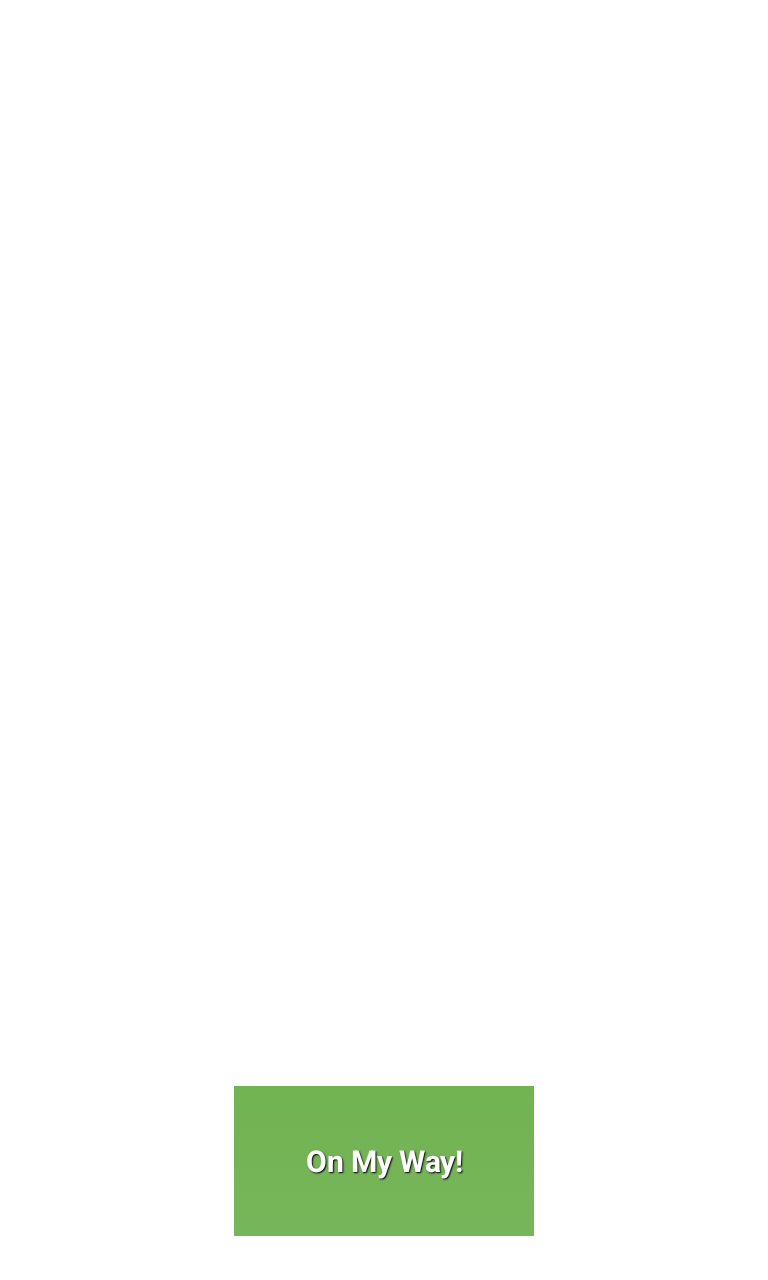
Repository: kenzshi/ViaSatHackathon
Layout: OnMyWay/res/layout/activity_main.xml
An editor plug-in stored every save of this project. The layout is shown before and after the next save, followed by the edit.
It is drawn on a 768 x 1280 px phone screen (xhdpi) without system bars, with theme AppTheme; the app's code is not run.

Above is the layout before, as saved 2013-07-25 01:53:40.

### OnMyWay/res/layout/activity_main.xml
<RelativeLayout xmlns:android="http://schemas.android.com/apk/res/android"
    xmlns:tools="http://schemas.android.com/tools"
    android:layout_width="match_parent"
    android:layout_height="match_parent"
    android:orientation="horizontal" >

    <Button
        style="@style/btn"
        android:layout_width="150dp"
        android:layout_height="75dp"
        android:layout_alignParentBottom="true"
        android:layout_centerHorizontal="true"
        android:layout_marginBottom="22dp"
        android:onClick="sendMessage"
        android:text="@string/button_send" />

</RelativeLayout>

### OnMyWay/res/values/styles.xml
<resources>

    <!--
        Base application theme, dependent on API level. This theme is replaced
        by AppBaseTheme from res/values-vXX/styles.xml on newer devices.
    -->
    <style name="AppBaseTheme" parent="android:Theme.Light">
        <!--
            Theme customizations available in newer API levels can go in
            res/values-vXX/styles.xml, while customizations related to
            backward-compatibility can go here.
        -->
    </style>

    <!-- Application theme. -->
    <style name="AppTheme" parent="AppBaseTheme">
        <!-- All customizations that are NOT specific to a particular API-level can go here. -->
    </style>

    <style name="styleName" parent="android:Widget.Holo.Light.Button">
        <item name="android:layout_marginBottom">20dp</item>
    </style>

    <style name="btn" parent="@android:style/Widget.Button">
       <item name="android:textSize">15sp</item>
       <item name="android:textStyle">bold</item>
       <item name="android:textColor">#FFFFFF</item>
       <item name="android:gravity">center</item>
       <item name="android:shadowColor">#000000</item>
       <item name="android:shadowDx">1</item>
       <item name="android:shadowDy">1</item>
       <item name="android:shadowRadius">0.6</item>
       <item name="android:background">@drawable/custom_button</item>
       <item name="android:padding">10dip</item>
   </style>
</resources>

### OnMyWay/res/values/strings.xml
<?xml version="1.0" encoding="utf-8"?>
<resources>

    <string name="app_name">On My Way</string>
    <string name="action_settings">Settings</string>
    <string name="hello_world">Hello world!</string>
    <string name="edit_message">Enter a message</string>
    <string name="button_send">On My Way!</string>
    <string name="title_activity_main">GPS Coordinates</string>
    <string name="title_activity_display_message">MainActivity</string>

</resources>

### OnMyWay/res/drawable-hdpi/custom_button.xml
<?xml version="1.0" encoding="utf-8"?>
<selector xmlns:android="http://schemas.android.com/apk/res/android" >
     <item android:state_pressed="true" >
         <shape android:shape="rectangle"  >
             <gradient  android:angle="-90"  android:startColor="#77b55a" android:endColor="#72b352"  />
         </shape>
     </item>
    <item android:state_focused="true">
         <shape android:shape="rectangle"  >
             <solid  android:color="#77b55a"/>
         </shape>
     </item>
    <item >
        <shape android:shape="rectangle">
             <gradient  android:angle="-90"  android:startColor="#72b352" android:endColor="#77b55a" />
         </shape>
     </item>
</selector>

### OnMyWay/res/drawable-ldpi/custom_button.xml
<?xml version="1.0" encoding="utf-8"?>
<selector xmlns:android="http://schemas.android.com/apk/res/android" >
     <item android:state_pressed="true" >
         <shape android:shape="rectangle"  >
             <gradient  android:angle="-90"  android:startColor="#77b55a" android:endColor="#72b352"  />
         </shape>
     </item>
    <item android:state_focused="true">
         <shape android:shape="rectangle"  >
             <solid  android:color="#77b55a"/>
         </shape>
     </item>
    <item >
        <shape android:shape="rectangle">
             <gradient  android:angle="-90"  android:startColor="#72b352" android:endColor="#77b55a" />
         </shape>
     </item>
</selector>

### OnMyWay/res/drawable-mdpi/custom_button.xml
<?xml version="1.0" encoding="utf-8"?>
<selector xmlns:android="http://schemas.android.com/apk/res/android" >
     <item android:state_pressed="true" >
         <shape android:shape="rectangle"  >
             <gradient  android:angle="-90"  android:startColor="#77b55a" android:endColor="#72b352"  />
         </shape>
     </item>
    <item android:state_focused="true">
         <shape android:shape="rectangle"  >
             <solid  android:color="#77b55a"/>
         </shape>
     </item>
    <item >
        <shape android:shape="rectangle">
             <gradient  android:angle="-90"  android:startColor="#72b352" android:endColor="#77b55a" />
         </shape>
     </item>
</selector>

### OnMyWay/res/drawable-xhdpi/custom_button.xml
<?xml version="1.0" encoding="utf-8"?>
<selector xmlns:android="http://schemas.android.com/apk/res/android" >
     <item android:state_pressed="true" >
         <shape android:shape="rectangle"  >
             <gradient  android:angle="-90"  android:startColor="#77b55a" android:endColor="#72b352"  />
         </shape>
     </item>
    <item android:state_focused="true">
         <shape android:shape="rectangle"  >
             <solid  android:color="#77b55a"/>
         </shape>
     </item>
    <item >
        <shape android:shape="rectangle">
             <gradient  android:angle="-90"  android:startColor="#72b352" android:endColor="#77b55a" />
         </shape>
     </item>
</selector>

### OnMyWay/res/drawable-xxhdpi/custom_button.xml
<?xml version="1.0" encoding="utf-8"?>
<selector xmlns:android="http://schemas.android.com/apk/res/android" >
     <item android:state_pressed="true" >
         <shape android:shape="rectangle"  >
             <gradient  android:angle="-90"  android:startColor="#77b55a" android:endColor="#72b352"  />
         </shape>
     </item>
    <item android:state_focused="true">
         <shape android:shape="rectangle"  >
             <solid  android:color="#77b55a"/>
         </shape>
     </item>
    <item >
        <shape android:shape="rectangle">
             <gradient  android:angle="-90"  android:startColor="#72b352" android:endColor="#77b55a" />
         </shape>
     </item>
</selector>

Loaded but not shown: OnMyWay/res/values-v11/styles.xml (common file); OnMyWay/res/values-v14/styles.xml (common file)

After the next save:
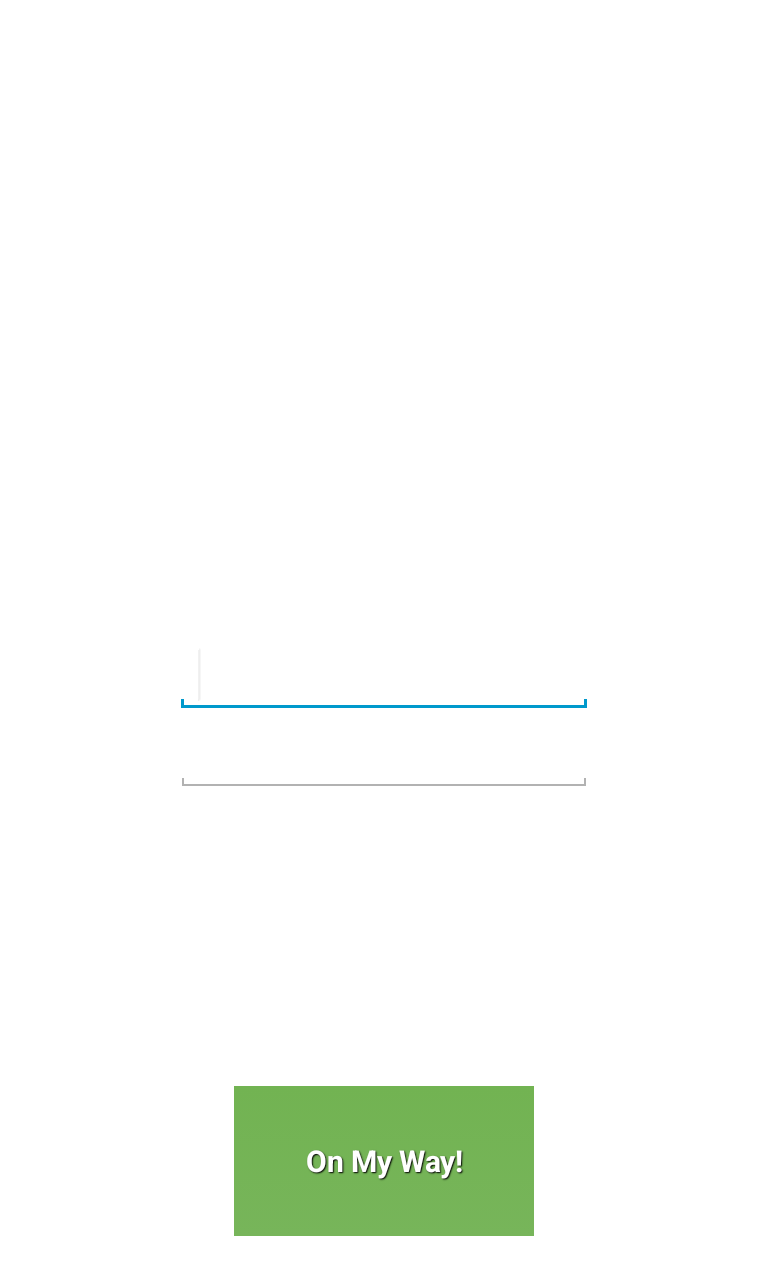
Saved 3 min 5 s later.
--- a/OnMyWay/res/layout/activity_main.xml
+++ b/OnMyWay/res/layout/activity_main.xml
@@ -5,6 +5,7 @@
     android:orientation="horizontal" >
 
     <Button
+        android:id="@+id/button1"
         style="@style/btn"
         android:layout_width="150dp"
         android:layout_height="75dp"
@@ -14,4 +15,26 @@
         android:onClick="sendMessage"
         android:text="@string/button_send" />
 
+    <EditText
+        android:id="@+id/editText1"
+        android:layout_width="wrap_content"
+        android:layout_height="wrap_content"
+        android:layout_above="@+id/button1"
+        android:layout_centerHorizontal="true"
+        android:layout_marginBottom="146dp"
+        android:ems="10"
+        android:inputType="textPassword" />
+
+    <EditText
+        android:id="@+id/editText2"
+        android:layout_width="wrap_content"
+        android:layout_height="wrap_content"
+        android:layout_above="@+id/editText1"
+        android:layout_centerHorizontal="true"
+        android:ems="10"
+        android:inputType="textPersonName" >
+
+        <requestFocus />
+    </EditText>
+
 </RelativeLayout>
